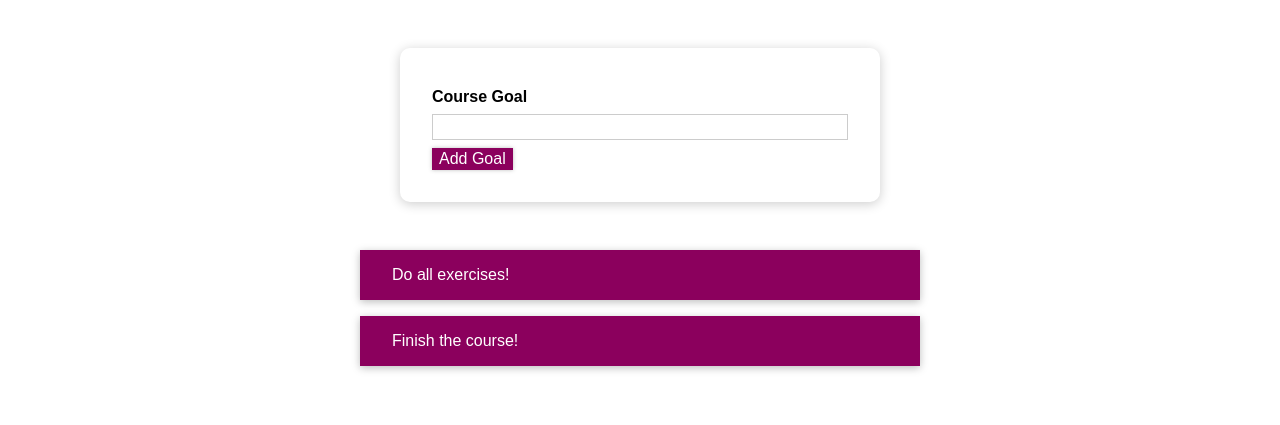
Repository: Cmicula054/css-styles
Page: /
The author's editor kept a copy of each file at every save. The page is drawn from the files as they stood at one save, then again after the next save.
The browser window is 1280 px wide. The pictures show the whole page.
The project was rebuilt for these pictures with package versions that can differ from the ones it lists, and the page was loaded fresh each time.

Above is the page before, as saved 2022-11-10 08:50:25.

After the next save:
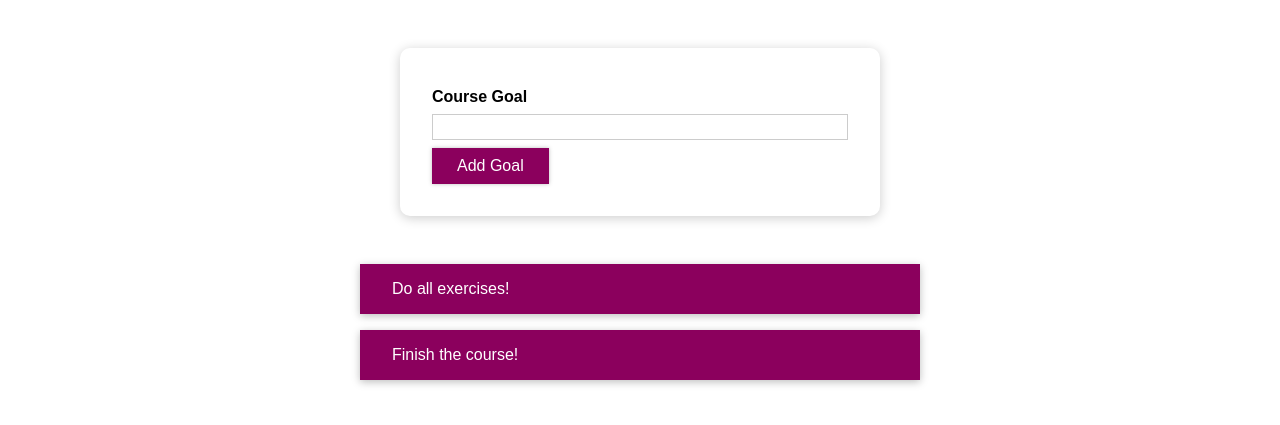
Saved 12 s later.
--- a/src/components/UI/Button/Button.module.css
+++ b/src/components/UI/Button/Button.module.css
@@ -1,6 +1,6 @@
 .button {
   font: inherit;
-  width:
+  width: 100%;
   padding: 0.5rem 1.5rem;
   border: 1px solid #8b005d;
   color: white;
